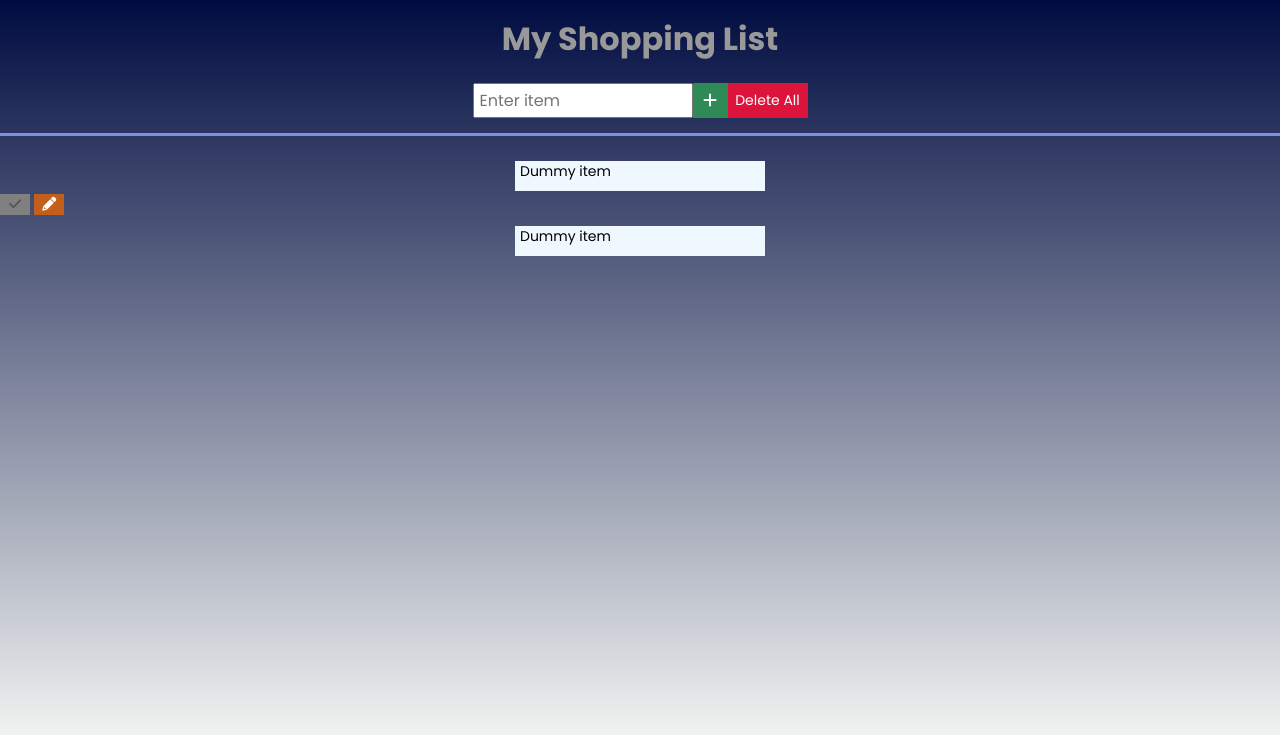
Repository: SaadYasin/shopping-list01-js
Page: index.html
An editor plug-in stored every save of this project. The page is shown before and after the next save, followed by the edit.
The browser window is 1280 px wide. The pictures show the whole page.

Above is the page before, as saved 2021-12-05 19:05:52.

### index.html
<!DOCTYPE html>
<html lang="en">
<head>
    <meta charset="UTF-8">
    <meta http-equiv="X-UA-Compatible" content="IE=edge">
    <meta name="viewport" content="width=device-width, initial-scale=1.0">
    <title>Shopping List App</title>
    <link rel="stylesheet" href="styles.css">
    <link rel="preconnect" href="https://fonts.googleapis.com">
    <link rel="preconnect" href="https://fonts.gstatic.com" crossorigin>
    <link href="https://fonts.googleapis.com/css2?family=Poppins:ital,wght@0,100;0,300;0,400;0,600;0,700;1,100;1,300;1,400;1,600;1,700&display=swap" rel="stylesheet">

    <link rel="stylesheet" href="https://cdnjs.cloudflare.com/ajax/libs/font-awesome/6.0.0-beta3/css/all.min.css">

</head>
<body>
    <header>
        <h1>My Shopping List</h1>

        <div id="input-form">
            <input type="text" id="item-txt" name="item-text" placeholder="Enter item" aria-label="Enter item" required>

            <button id="btn" class="btn plus-btn" type="button"><i class="fa fa-plus" aria-hidden="true"></i></button>

            <button class="btn btn-delete-all" type="button" >Delete All</button>

        </div>

        <div id="divider"></div>

        <div class="container">
            <ul id="items-list">
                <!-- <div class="list-line"> -->
                    <li class="item">Dummy item</li>

                    <button class="btn btn-done"><i class="fas fa-check"></i></button>
                    <button class="btn btn-edit"><i class="fas fa-pencil-alt"></i></button>
                <!-- </div> -->
                <div class="list-line">
                    <li class="item">Dummy item</li>

                </div>
            </ul>
        </div>
    </header>
    <script src="app.js"></script>
</body>
</html>

### styles.css
* {
    padding: 0;
    margin: 0;
    box-sizing: border-box;
    font-family: 'Poppins', sans-serif;
}

body {
    min-height: 100vh;
    background: #F0F2F0;  /* fallback for old browsers */
background: -webkit-linear-gradient(to top, #f0f2f0 , #000C40);  /* Chrome 10-25, Safari 5.1-6 */
background: linear-gradient(to top,#f0f2f0 , #000C40); /* W3C, IE 10+/ Edge, Firefox 16+, Chrome 26+, Opera 12+, Safari 7+ */


}

header h1 {
    color: #999;
    text-align: center;
    margin-top: 15px;
}

#input-form {
    display: flex;
    margin-top: 20px;
    justify-content: center;
}

#item-txt {
    height: 35px;
    width: 220px;
    font-size: 16px;
    padding-left: 5px;
}

.btn {
    width: 35px;
    border: none;
    outline: none;
    font-size: 14px;
    color: #fff;
    cursor: pointer;
}

.plus-btn {
    background-color: seagreen;
    color: #fff;
    font-size: 16px;
}

.btn-delete-all {
    width: 80px;
    background-color: crimson;

}

#divider {
    width: 100vw;
    height: 3px;
    background-color: #7c90e6;
    margin-top: 15px;
}

.container {
    width: 100%;
    padding-top: 20px;

}

#items-list {
    list-style-type: none;
}

.list-line {
    display: flex;
    justify-content: center;
    margin-top: 5px;
}

li {
    display: flex;
    width: 250px;
    height: 30px;
    font-size: 14px;
    background-color: aliceblue;
    padding-left: 5px;
    margin-top: 5px;
    margin-left: auto;
    margin-right: auto;

}

.btn-delete-item {
    width: 30px;
    background-color: maroon;
    color: #fff;

}

.btn-done {
    width: 30px;
    border: none;
    background-color: gray;
    color: #555;
    font-size: 14px;
}

.btn-edit {
    width: 30px;
    background-color: rgb(194, 95, 29);
    color: #fff;

}

### app.js
const addBtn = document.querySelector('#btn');
const inputText = document.querySelector('#item-txt');
const list = document.querySelector('.container ul');

addBtn.addEventListener('click', (e) => {

    // Check that there is an input text
    if (inputText.value !== "") {
        e.preventDefault();

        // Create li
        const newLi = document.createElement('li');
        newLi.innerHTML = inputText.value;
        list.appendChild(newLi);
    }
});

After the next save:
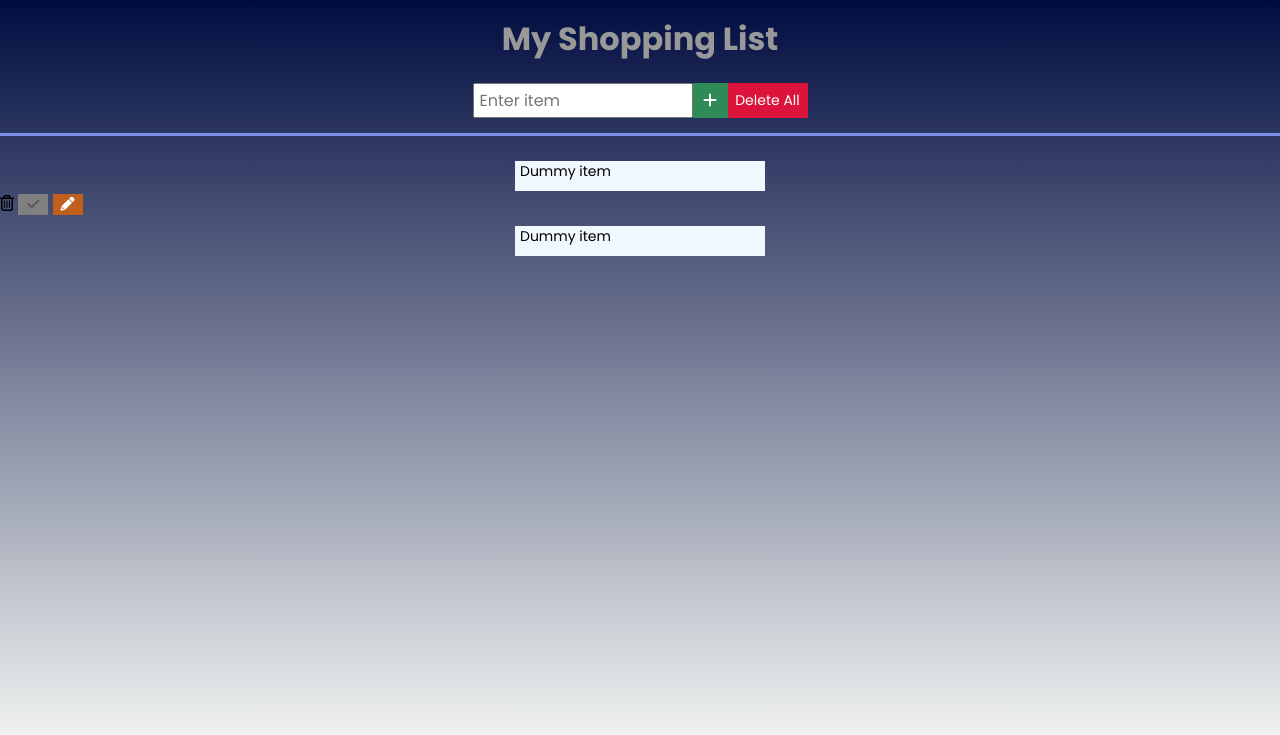
Saved 9 s later.
--- a/index.html
+++ b/index.html
@@ -32,7 +32,7 @@
             <ul id="items-list">
                 <!-- <div class="list-line"> -->
                     <li class="item">Dummy item</li>
-
+                    <span><i class="far fa-trash-alt"></i></span>
                     <button class="btn btn-done"><i class="fas fa-check"></i></button>
                     <button class="btn btn-edit"><i class="fas fa-pencil-alt"></i></button>
                 <!-- </div> -->
